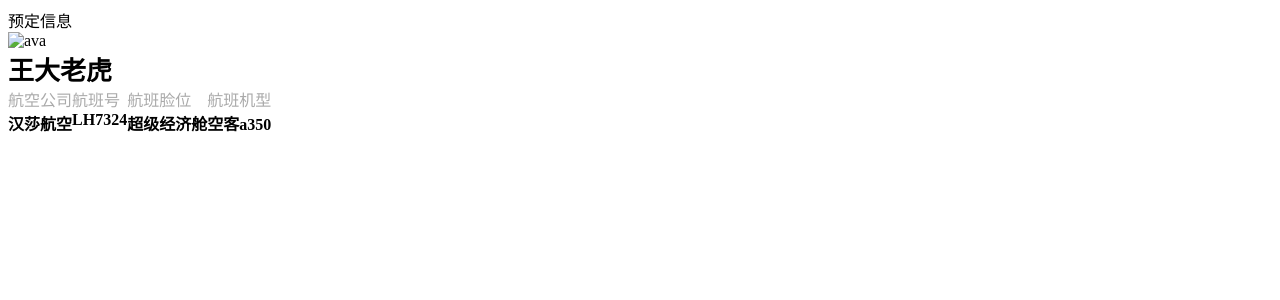
Repository: xzm1997/react-learning
Page: /
The author's editor kept a copy of each file at every save. The page is drawn from the files as they stood at one save, then again after a run of saves.
The browser window is 1280 px wide. The pictures show the whole page.
The project was rebuilt for these pictures with package versions that can differ from the ones it lists, and the page was loaded fresh each time.

Above is the page before, as saved 2023-01-31 10:24:15.

### src/index.js
import React from 'react';
import ReactDOM from 'react-dom/client';
import './index.css';

export function UserInfo(props) {
  return (
    <div>
      <img src='' alt='ava'></img>
      <div className='userName'>{props.userName}</div>
    </div>
  )
}

export function InfoShow(props) {
  return (
    <div>
      <div className='bookTitle'>{props.title}</div>
      <div className='bookContent'>{props.content}</div>
    </div>
  )
}

export function BookInfo(props) {
  return (
    <div>
      <div>预定信息</div>
      <UserInfo userName={props.userName} />
      <div className='infoDisplay'>
        <InfoShow title='航空公司' content={props.ticketInfo.airline}/>
        <InfoShow title='航班号' content={props.ticketInfo.flightNum}/>
        <InfoShow title='航班脸位' content={props.ticketInfo.level}/>
        <InfoShow title='航班机型' content={props.ticketInfo.plane}/>
      </div>
    </div>
    )
}

export function Root() {
  const userName = '王大老虎';
  const ticketInfo = {
    airline : '汉莎航空',
    flightNum : 'LH7324',
    level : '超级经济舱',
    plane : '空客a350'
  }
  return (
    <div>
      <BookInfo
        userName={userName}
        ticketInfo={ticketInfo}
      />
    </div>
  )
}

// ========================================

const root = ReactDOM.createRoot(document.getElementById("root"));
root.render(<Root />);

### src/index.css
.helloWorld {
  color: #2dd;
  font-size: 24px;
}

.userName {
  font-weight: 700;
  font-size: 26px;
}

.bookTitle {
  color: #aaa;
}

.bookContent {
  font-weight: 700;
}

.infoDisplay {
  display: flex;

}

Loaded but not shown: public/index.html (common file)

After the next 2 saves:
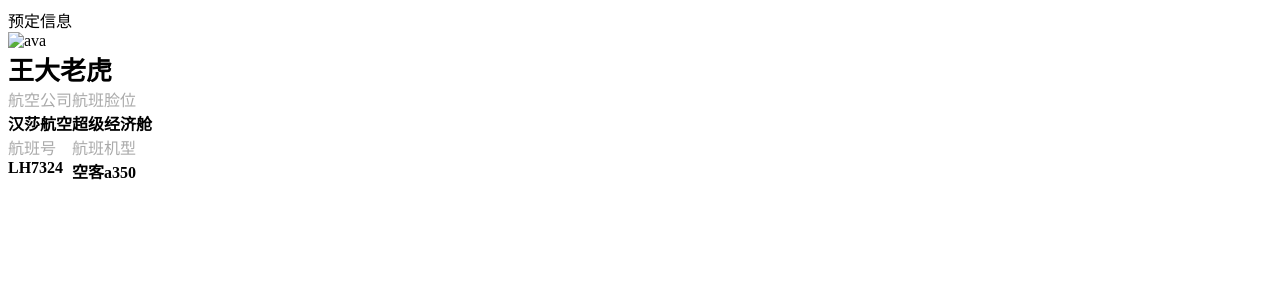
The 2 saves are shown as one change because they came seconds apart.
The last was saved 58 s later.
--- a/src/index.js
+++ b/src/index.js
@@ -26,10 +26,14 @@ export function BookInfo(props) {
       <div>预定信息</div>
       <UserInfo userName={props.userName} />
       <div className='infoDisplay'>
-        <InfoShow title='航空公司' content={props.ticketInfo.airline}/>
-        <InfoShow title='航班号' content={props.ticketInfo.flightNum}/>
-        <InfoShow title='航班脸位' content={props.ticketInfo.level}/>
-        <InfoShow title='航班机型' content={props.ticketInfo.plane}/>
+        <div className='infoItem'>
+          <InfoShow title='航空公司' content={props.ticketInfo.airline}/>
+          <InfoShow title='航班号' content={props.ticketInfo.flightNum}/>
+        </div>
+        <div className='infoItem'>
+          <InfoShow title='航班脸位' content={props.ticketInfo.level}/>
+          <InfoShow title='航班机型' content={props.ticketInfo.plane}/>
+        </div>
       </div>
     </div>
     )
